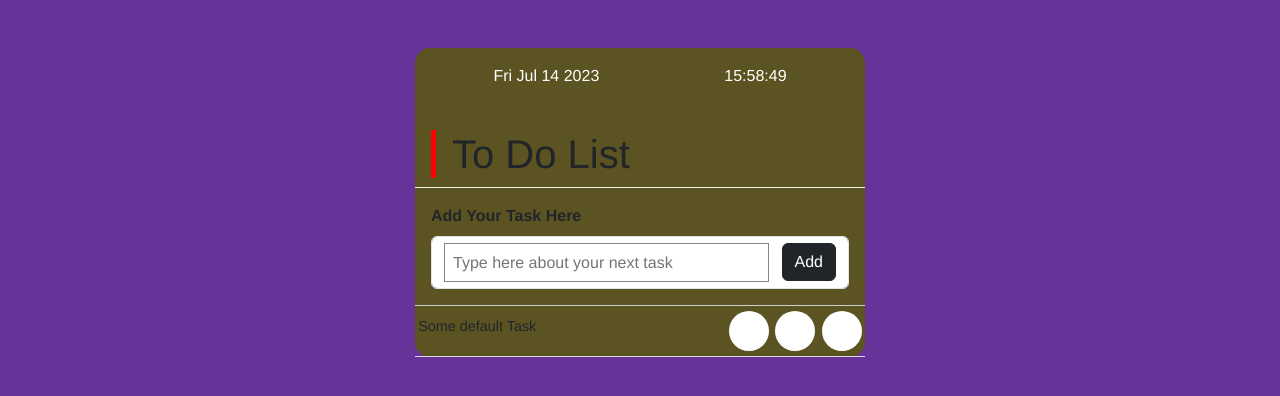
Repository: Passionblaz/TODO
Page: TODO/Untitled-1.html
The author's editor kept a copy of each file at every save. The page is drawn from the files as they stood at one save, then again after the next save.
The browser window is 1280 px wide. The pictures show the whole page.

Above is the page before, as saved 2023-07-14 16:10:49.

After the next save:
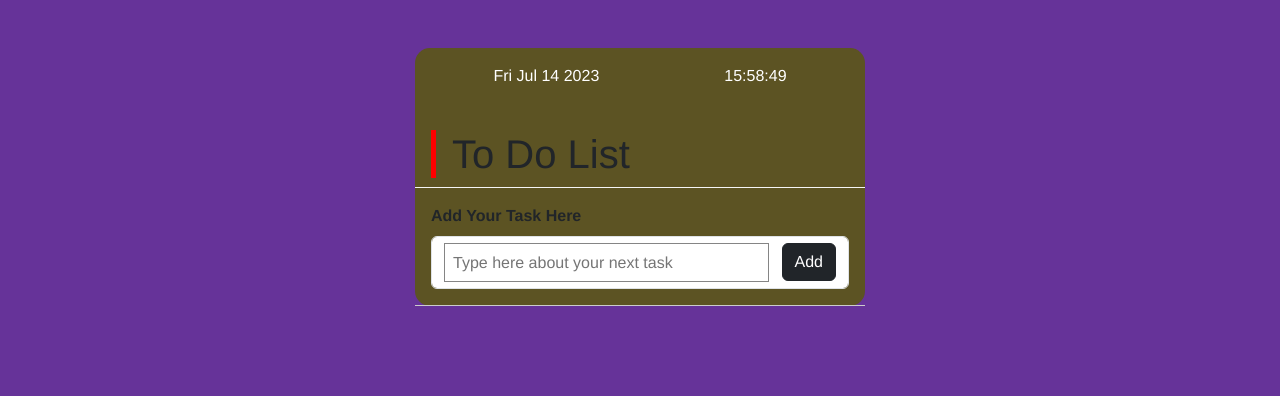
Saved 24 s later.
--- a/TODO/Untitled-1.html
+++ b/TODO/Untitled-1.html
@@ -52,7 +52,7 @@
 
     <!-- Task List-->
 
-<div class="todo-list" id="todo-list">
+<!--<div class="todo-list" id="todo-list">
   <div class="todo">
     <h3>Some default Task</h3>
     <button class="finished-todo">

After the 2 saves that followed:
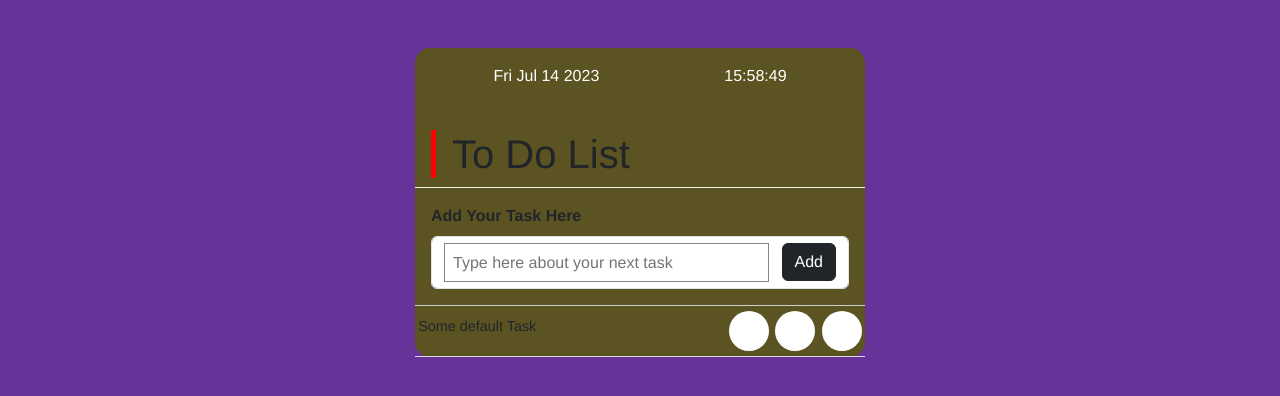
The 2 saves are shown as one change because 1 left the picture as it was.
The last was saved 14 s later.
--- a/TODO/Untitled-1.html
+++ b/TODO/Untitled-1.html
@@ -52,7 +52,7 @@
 
     <!-- Task List-->
 
-<!--<div class="todo-list" id="todo-list">
+<div class="todo-list" id="todo-list">
   <div class="todo">
     <h3>Some default Task</h3>
     <button class="finished-todo">
